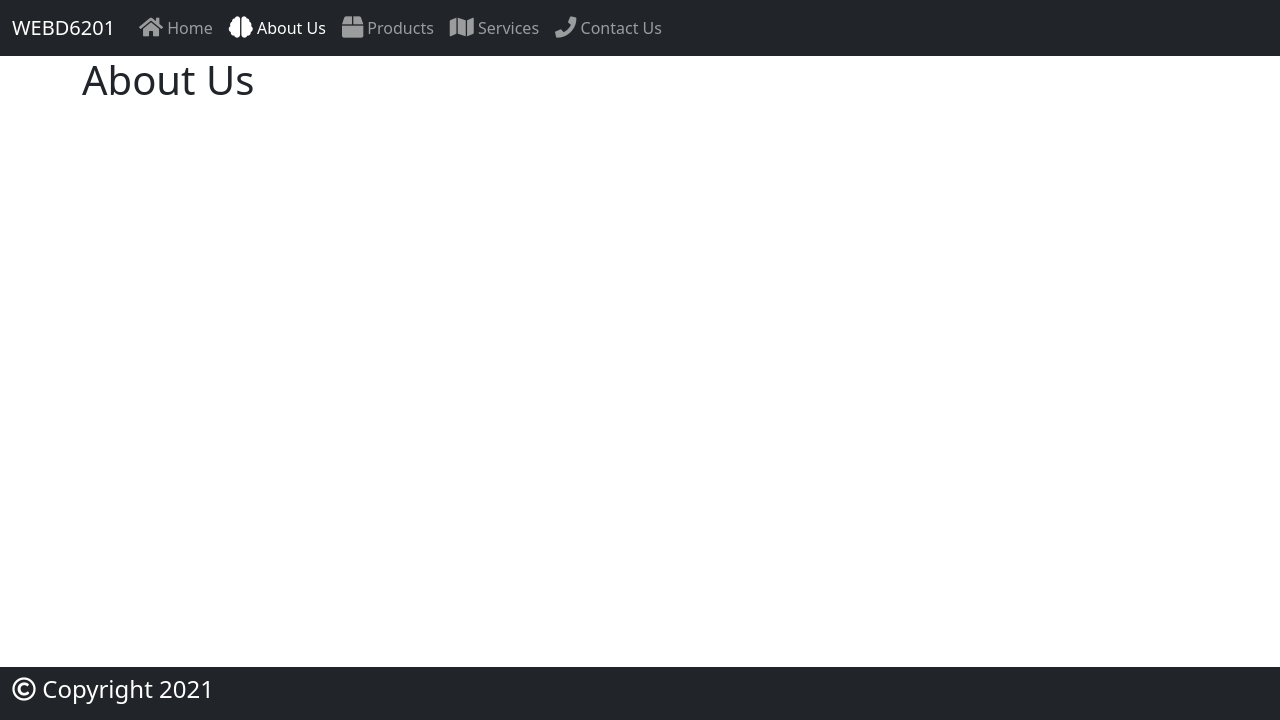
Repository: AshokSasi/WEBD6201-ASasi-JYuan-Lab2
Page: about.html
These files come from the project's save history. The page is drawn as it stood at one moment and after the next save; the edit follows.
The browser window is 1280 px wide. The pictures show the whole page.

Above is the page before, as saved 2021-01-28 21:08:41.

After the next save:
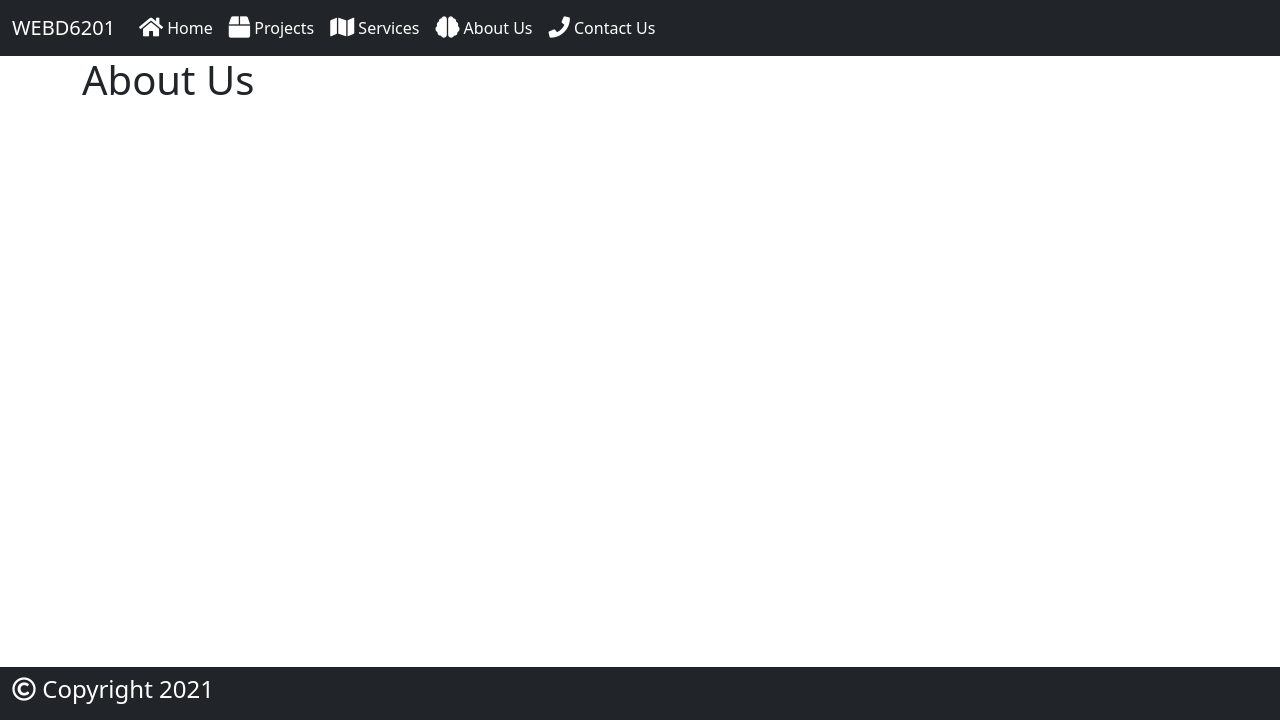
Saved 25 s later.
--- a/about.html
+++ b/about.html
@@ -10,38 +10,38 @@
     <link rel="stylesheet" href="./node_modules/@fortawesome/fontawesome-free/css/all.min.css">
 </head>
 <body>
-  <!-- Main Header -->
-    <header>
-      <!--main navbar-->
-        <nav class="navbar navbar-expand-lg navbar-dark bg-dark">
-            <div class="container-fluid">
-              <a class="navbar-brand" href="index.html">WEBD6201</a>
-              <button class="navbar-toggler" type="button" data-bs-toggle="collapse" data-bs-target="#navbarSupportedContent" aria-controls="navbarSupportedContent" aria-expanded="false" aria-label="Toggle navigation">
-                <span class="navbar-toggler-icon"></span>
-              </button>
-              <div class="collapse navbar-collapse" id="navbarSupportedContent">
-                <ul class="navbar-nav me-auto mb-2 mb-lg-0">
-                  <li class="nav-item">
-                    <a class="nav-link" aria-current="page" href="index.html"><i class="fas fa-home fa-lg"></i> Home</a>
-                  </li>
-                  <li class="nav-item">
-                    <a class="nav-link active" aria-current="page" href="about.html"><i class="fas fa-brain fa-lg"></i> About Us</a>
-                  </li>
-                  <li class="nav-item">
-                    <a class="nav-link" aria-current="page" href="products.html"><i class="fas fa-box fa-lg"></i> Products</a>
-                  </li>
-                  <li class="nav-item">
-                    <a class="nav-link" aria-current="page" href="services.html"><i class="fas fa-map fa-lg"></i> Services</a>
-                  </li>
-                  <li class="nav-item">
-                    <a class="nav-link" aria-current="page" href="contact.html"><i class="fas fa-phone fa-lg"></i> Contact Us</a>
-                  </li>
-                </ul>
+<!-- Main Header -->
+<header>
+  <!--main navbar-->
+    <nav class="navbar navbar-expand-lg navbar-dark bg-dark">
+        <div class="container-fluid">
+          <a class="navbar-brand" href="index.html">WEBD6201</a>
+          <button class="navbar-toggler" type="button" data-bs-toggle="collapse" data-bs-target="#navbarSupportedContent" aria-controls="navbarSupportedContent" aria-expanded="false" aria-label="Toggle navigation">
+            <span class="navbar-toggler-icon"></span>
+          </button>
+          <div class="collapse navbar-collapse" id="navbarSupportedContent">
+            <ul class="navbar-nav me-auto mb-2 mb-lg-0">
+              <li class="nav-item">
+                <a class="nav-link active" aria-current="page" href="index.html"><i class="fas fa-home fa-lg"></i> Home</a>
+              </li>
+              <li class="nav-item">
+                <a class="nav-link active" aria-current="page" href="projects.html"><i class="fas fa-box fa-lg"></i> Projects</a>
+              </li>
+              <li class="nav-item">
+                <a class="nav-link active" aria-current="page" href="services.html"><i class="fas fa-map fa-lg"></i> Services</a>
+              </li>
+              <li class="nav-item">
+                <a class="nav-link active" aria-current="page" href="about.html"><i class="fas fa-brain fa-lg"></i> About Us</a>
+              </li>
+              <li class="nav-item">
+                <a class="nav-link active" aria-current="page" href="contact.html"><i class="fas fa-phone fa-lg"></i> Contact Us</a>
+              </li>
+            </ul>
 
-              </div>
-            </div>
-          </nav>
-    </header>
+          </div>
+        </div>
+      </nav>
+</header>
 
     <!-- Main Content-->
     <main class="container">
